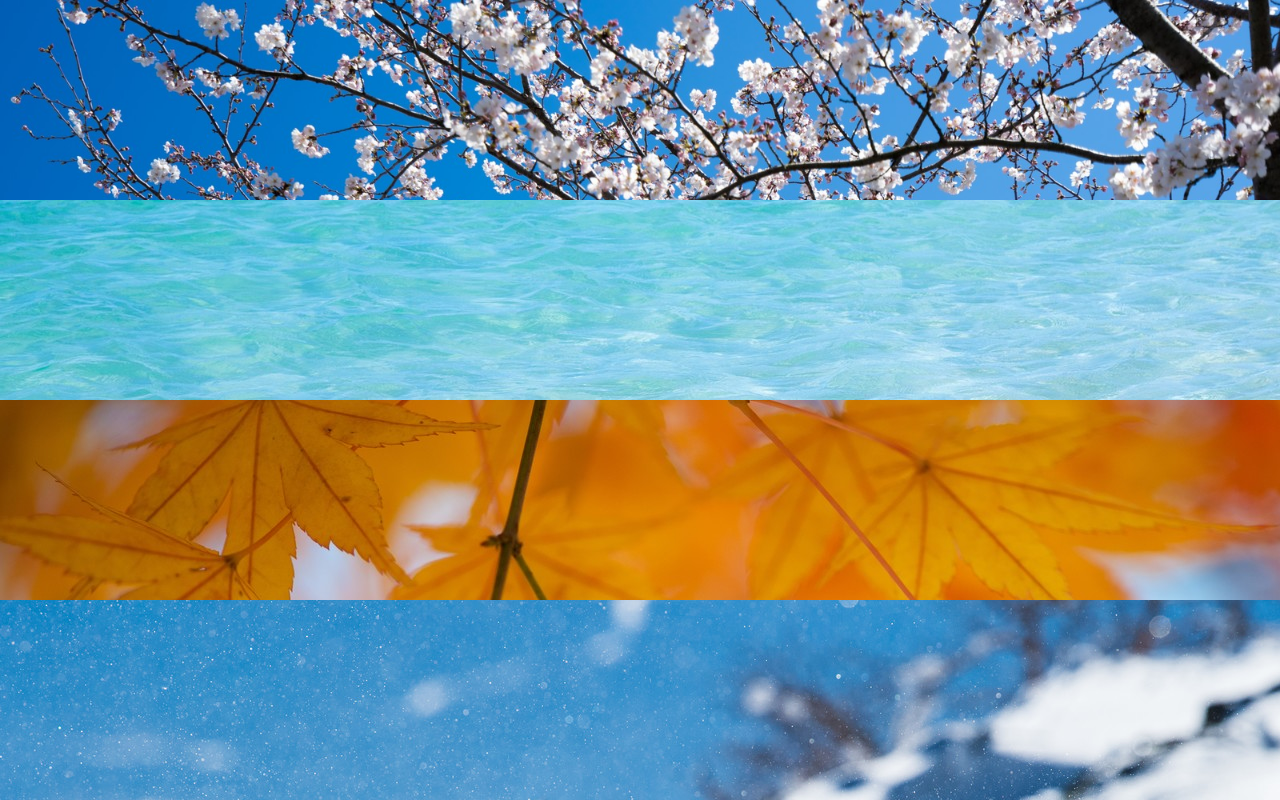
Repository: nonishi/1-6
Page: index.html
An editor plug-in stored every save of this project. The page is shown before and after a run of saves, followed by the edit.
The browser window is 1280 px wide. The pictures show the whole page.

Above is the page before, as saved 2021-06-02 16:19:32.

### index.html
<!DOCTYPE html>
<html lang="ja">
<head>
  <meta charset="UTF-8">
  <link rel="stylesheet" href="style.css">
  <title>chapter6_exercise</title>
</head>
<body>
  <div class="spring"></div>
  <div class="summer"></div>
  <div class="autumn"></div>
  <div class="winter"></div>
</body>
</html>

### style.css
*{
  margin: 0;
  padding: 0;
  box-sizing: border-box;
}
.spring{
  height: 200px;
  background-image: url(img/box1.jpg);
  background-size: cover;
  ba
}
.summer{
  height: 200px;
  background-image: url(img/box2.jpg);
}
.autumn{
  height: 200px;
  background-image: url(img/box3.jpg);
}
.winter{
  height: 200px;
  background-image: url(img/box4.jpg);
}

After the next 3 saves:
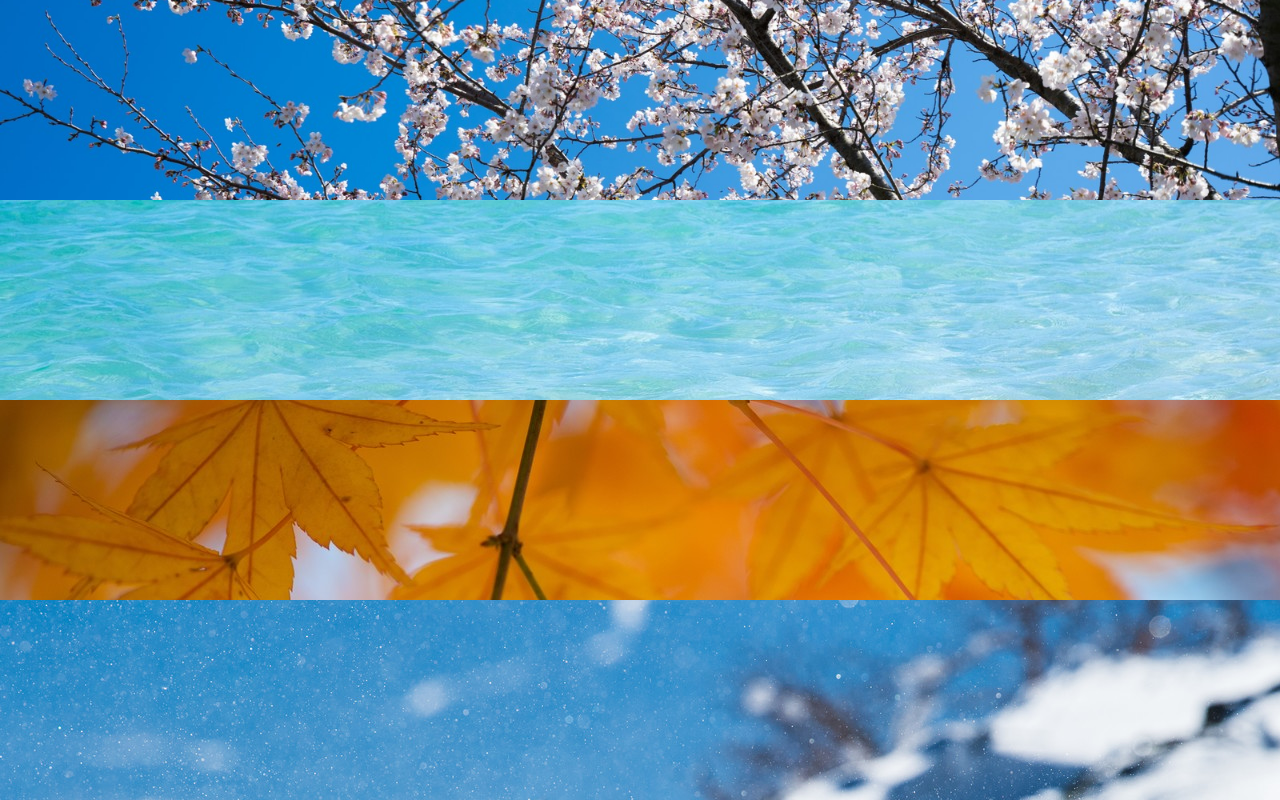
The 3 saves are shown as one change because they came seconds apart.
The last was saved 7 s later.
--- a/style.css
+++ b/style.css
@@ -7,7 +7,7 @@
   height: 200px;
   background-image: url(img/box1.jpg);
   background-size: cover;
-  ba
+  background-position: center;
 }
 .summer{
   height: 200px;
